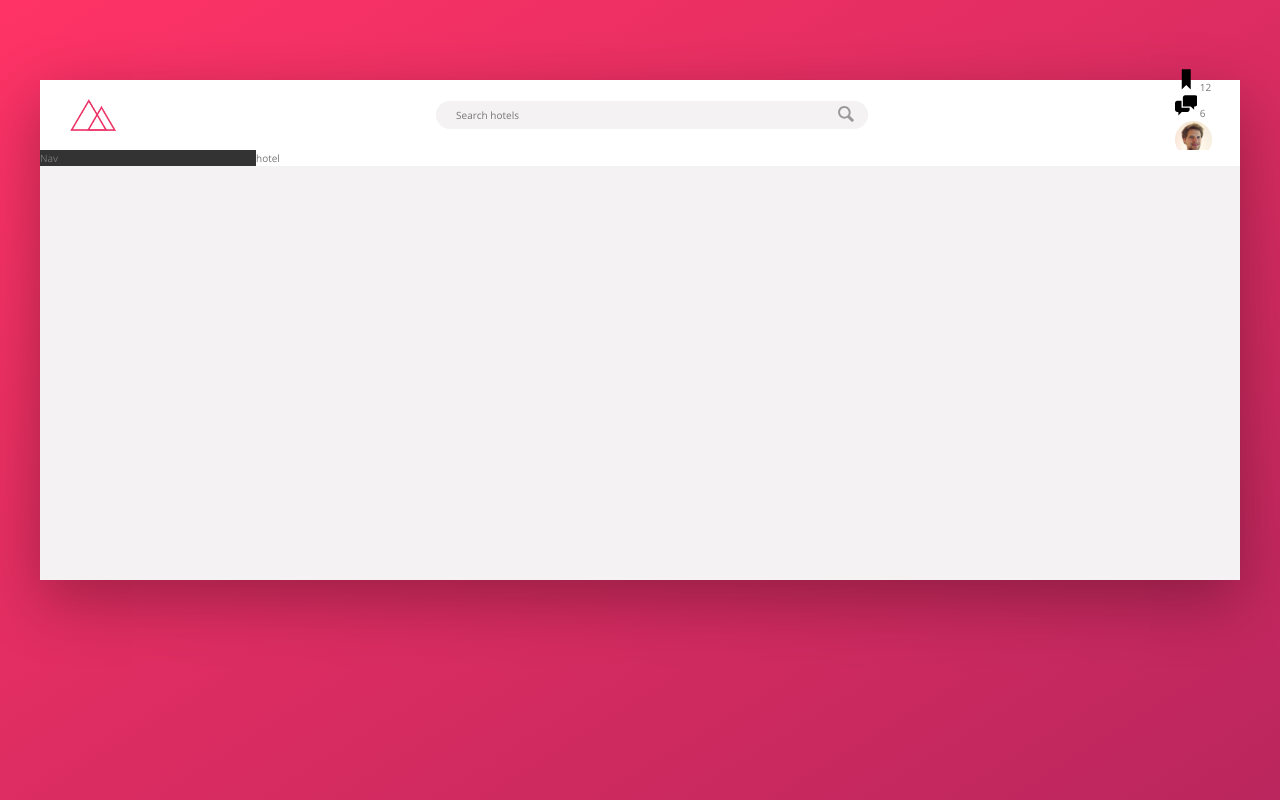
Repository: mohamediyas/flex_website
Page: index.html
An editor plug-in stored every save of this project. The page is shown before and after the next save, followed by the edit.
The browser window is 1280 px wide. The pictures show the whole page.
The style sheet was rebuilt from its Sass, Less or Tailwind sources for each picture, by a compiler version that may differ from the author's.

Above is the page before, as saved 2022-07-31 19:20:25.

After the next save:
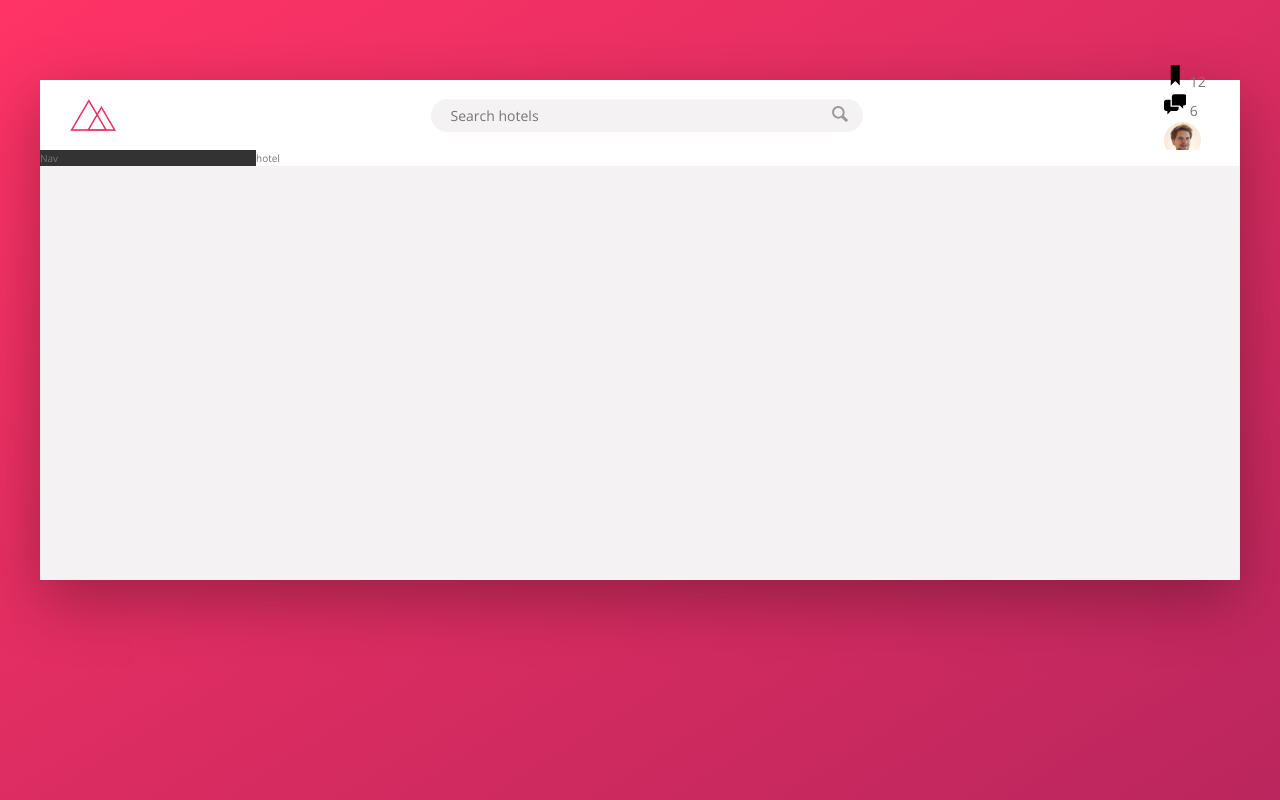
Saved 29 s later.
--- a/sass/_layout.scss
+++ b/sass/_layout.scss
@@ -7,6 +7,7 @@
 }
 
 .header {
+  font-size: 1.4rem;
   height: 7rem;
   background-color: #fff;
   border-bottom: var(--color-grey-light-2);
